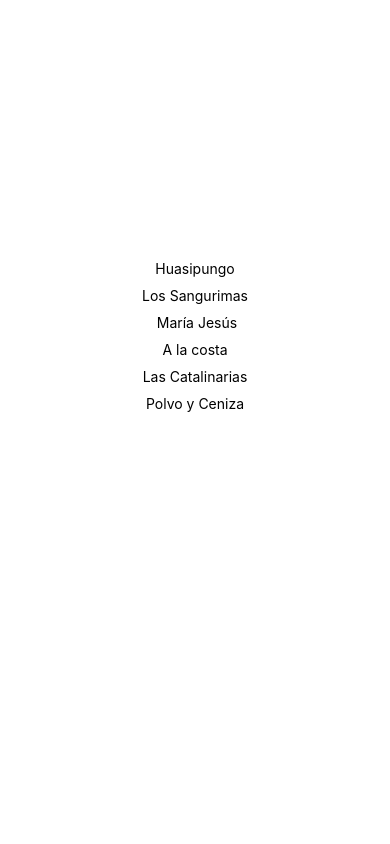
Repository: Henrybaio24/app-lista-libros
Screen: /
These files come from the project's save history. The screen is drawn as it stood at one moment and after a run of saves; the edit follows.
The app was drawn by React Native's web renderer in a window 390 px wide. The project was rebuilt for these pictures with package versions that can differ from the ones it lists, and the page was loaded fresh each time.

Above is the screen before, as saved 2020-02-03 20:13:01.

### App.js
import React, { Component } from 'react';
import {
  StyleSheet,
  Text,
  View,
  FlatList,
  H1,
} from 'react-native';

export default class EventList extends Component {
  state = {
    libros: []
  }

  componentDidMount() {
    const libros = require('./db.json').libros
    this.setState( { libros })
  }

  render() {
    return(

      <FlatList
        data={ this.state.libros }
        style={ styles.lista }
        renderItem={ ({ item }) =>
          <View style={styles.container}>
        <Text>{ item.nombre }{}</Text>
          </View>
        }
        keyExtractor={ item => item.id }
      />
    )
  }
}

const styles = StyleSheet.create({
  container: {
    paddingTop: 10,
    alignItems: 'center',
    justifyContent: 'center',
  },
  lista: {
    paddingTop: 250,
  },
});

### db.json
{
    "libros":
    [
        {
            "id": 1,
            "nombre": "Huasipungo",
            "autor": "Jorge Icaza",
            "año": 1960
        },
        {
            "id": 2,
            "nombre": "Los Sangurimas",
            "autor": "José de la Cuadra",
            "año": 1903
        },
        {
            "id": 3,
            "nombre": " María Jesús",
            "autor": "Medardo Ángel Silva",
            "año": 1950
        },
        {
            "id": 4,
            "nombre": "A la costa",
            "autor": " Luis Alfredo Martinez",
            "año": 1904
        },
        {
            "id": 5,
            "nombre": "Las Catalinarias",
            "autor": "Juan Montalvo",
            "año": 1832
        },
        {
            "id": 6,
            "nombre": "Polvo y Ceniza",
            "autor": "Eliécer Cárdenas",
            "año": 1950
        }
    ]
}

After the next 3 saves:
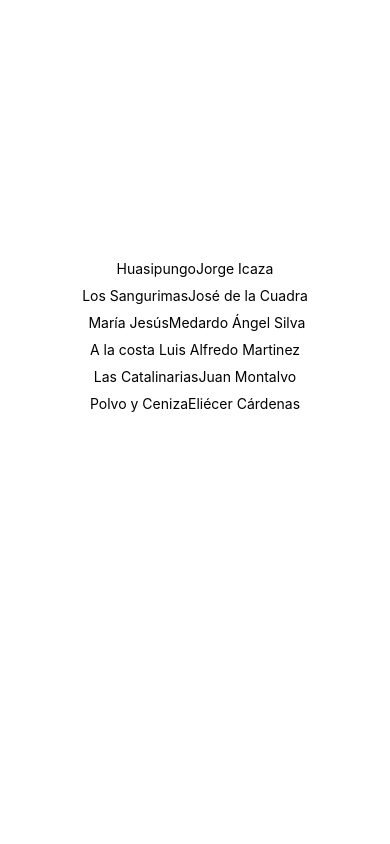
The 3 saves are shown as one change because they came seconds apart.
The last was saved 15 s later.
--- a/App.js
+++ b/App.js
@@ -25,7 +25,7 @@
         style={ styles.lista }
         renderItem={ ({ item }) =>
           <View style={styles.container}>
-        <Text>{ item.nombre }{}</Text>
+        <Text>{ item.nombre }{item.autor}</Text>
           </View>
         }
         keyExtractor={ item => item.id }
